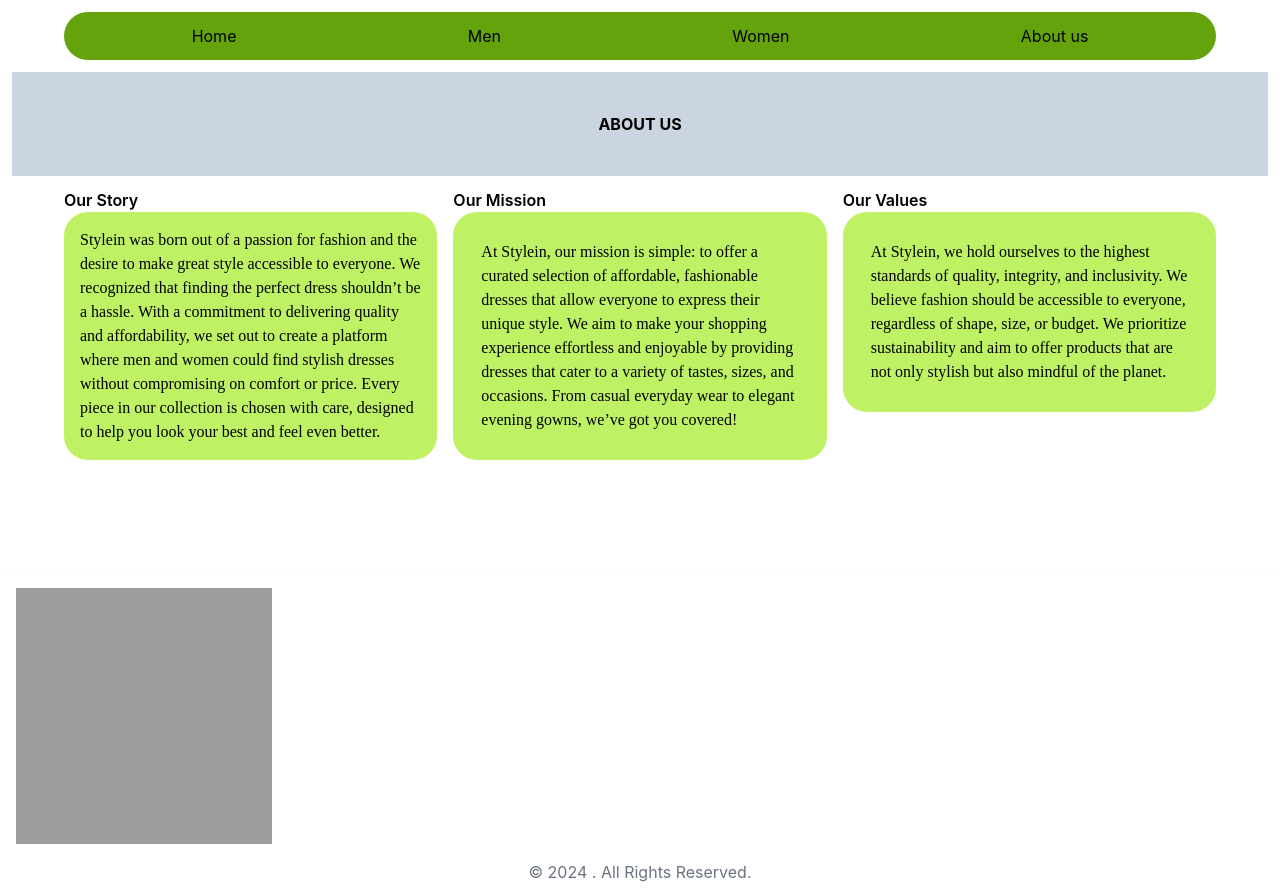
Repository: Mohankkanth/StyleIn_ShoppingSite
Page: /AboutUs
These files come from the project's save history. The page is drawn as it stood at one moment and after a run of saves; the edit follows.
The browser window is 1280 px wide. The pictures show the whole page.
Pictures or frames that could not be fetched are drawn as grey boxes. The project was rebuilt for these pictures with package versions that can differ from the ones it lists, and the page was loaded fresh each time. Also part of the build but not shown: vite.config.js, src/component/Home/Home.jsx, src/component/api/MenProducts.jsx, src/component/Men/Men.jsx, src/component/Women/Women.jsx, src/component/api/KidsProducts.jsx, src/component/Kids/Kids.jsx, src/component/Errorpage/Errorpage.jsx and 18 more.

Above is the page before, as saved 2024-11-23 14:02:47.

### index.html
<!doctype html>
<html lang="en">

<head>
  <meta charset="UTF-8" />
  <meta name="viewport" content="width=device-width, initial-scale=1.0" />


  <link href="https://fonts.googleapis.com/css2?family=Montserrat:wght@400;700&display=swap" rel="stylesheet" />

  <title>Vite + React</title>



</head>

<body>
  <div id="root"></div>
  <script type="module" src="/src/index.jsx"></script>
</body>

</html>

### src/index.jsx
import ReactDOM from "react-dom";
import { createBrowserRouter, RouterProvider, Outlet } from "react-router-dom";
import Home from "./component/Home/Home";
import Men from "./component/Men/Men";
// import MenProducts from "./component/api/MenProducts";
import Women from "./component/Women/Women";
import Kids from "./component/Kids/Kids";
import Header from "./component/Header/Header";
import Footer from "./component/Footer/Footer";
import "./style.css";
import Errorpage from "./component/ErrorPage/Errorpage";
import Shirt from "./component/Men/Shirt";
import T_Shirt from "./component/Men/T_Shirt";
import Pant from "./component/Men/pant";
import Shorts from "./component/Men/Shorts";
import Boys from "./component/Kids/Boys/Boys";
import Girls from "./component/Kids/Girls/Girls";
import Kurtas from "./component/Women/kurtas";
import Sarees from "./component/Women/Saree";
import Leggin from "./component/Women/Leggin";
import Dupattas from "./component/Women/Dupattas";
import AboutUs from "./component/AboutUs/Aboutus";

const AppLayout = () => {
  return (
    <>
      <Header />
      <Outlet />
      <Footer />
    </>
  );
};

// Router Configuration
const Router = createBrowserRouter([
  {
    path: "/",
    element: <AppLayout />,
    children: [
      {
        path: "/",
        element: <Home />,
      },
      {
        path: "/Home",
        element: <Home />,
      },

      {
        path: "/Men",
        element: <Men />,
      },
      {
        path: "/Women",
        element: <Women/>,
      },
      {
        path: "/Kids",
        element: <Kids />,
      },
      {
        path:"/Shirt",
        element:<Shirt/>,
      },
      {
        path:"/T-Shirt",
        element:<T_Shirt/>,
      },
      {
        path:"/Pant",
        element:<Pant/>,
      },
      {
        path:"/Shorts",
        element:<Shorts/>,
      },
      {
        path:"/KidsBoys",
        element:<Boys/>,
      },
      {
        path:"/KidsGirls",
        element:<Girls/>,
      },

      {
        path:"/Kurtas",
        element:<Kurtas/>,
      },
      {
        path:"/Sarees",
        element:<Sarees/>,
      },
      {
        path:"/Leggins",
        element:<Leggin/>
      },
      {
        path:"/Dupattas",
        element:<Dupattas/>
      },
      {
        path:"/AboutUs",
        element:<AboutUs/>
      }
    ],
    errorElement:<Errorpage/>
  },
]);

// Render the Router
const root = ReactDOM.createRoot(document.getElementById("root"));
root.render(<RouterProvider router={Router} />);

### src/component/Header/Header.jsx
import { Link } from "react-router-dom"

const Header = () => {
  return (
    <>

      <div className="2xl:container mx-auto">
        <div className="w-[90%] mx-auto grid-cols-1">
          <div>
            <ul className="flex justify-around p-3 rounded-3xl bg-lime-600 font-mono mt-3">
              <Link to="/Home">
                <li className="hover:cursor-pointer  hover:text-white">Home</li>
              </Link>
              <Link to="/Men">
                <li className="hover:cursor-pointer  hover:text-white">Men
                </li>

              </Link>
              <Link to="/Women">
                <li className="hover:cursor-pointer  hover:text-white">Women</li>
              </Link>
              {/* <Link to="/Kids">
                <li className="hover:cursor-pointer  hover:text-white">Kids</li>
              </Link> */}
              <Link to="/Aboutus">
              <li className="hover:cursor-pointer  hover:text-white">About us</li>
              </Link>
            </ul>
          </div>
        </div>
      </div>
    </>
  )
}


export default Header

### src/component/Footer/Footer.jsx
import { Link } from "react-router-dom"

const Footer = () => {
  return (
    <>
      <footer className="bg-white  shadow  dark:bg-[#333333] mt-28">
        <div className="w-full mx-auto max-w-screen-xl p-4 md:flex md:items-center md:justify-between">
          <div>
          <img src="https://ik.imagekit.io/Sample/E-Commerce/Logo/StyleIn_Logo-removebg-preview.png?updatedAt=1732345349547" alt="" className="h-64 w-64" />

          </div>

          <div className="text-white">
            <p className="font-bold font-[Raleway]">Address</p>
            <p>
              <p className="font-[Raleway]">Stylein Fashion Store </p>
              123 Fashion Street,<br />
              T. Nagar, Chennai,<br /> Tamil Nadu 600017,
              India</p>
          </div>
          <div className="text-white">
            <p className="font-bold font-[Raleway]">Contact</p>
            <p></p>
            <p className="hover:cursor-pointer">Mobile:&nbsp;9523148795</p>
            <p className="hover:cursor-pointer">Email:&nbsp;support@stylein.com</p>
          </div>

          <div className="text-white">
            <p className="font-bold font-[Raleway]">Customer Service Hours</p>
            <p>
              Monday to Friday: 9:00 AM - 6:00 PM <br />
              Saturday: 10:00 AM - 4:00 PM <br />
              Sunday: Closed</p>
          </div>



        </div>
        <div className="flex justify-center pb-3">
        <span className="text-base  text-gray-500 sm:text-center dark:text-gray-400">
            © 2024{" "}
            {/* <a href="https://flowbite.com/" className="hover:underline">
              Flowbite™ </a> */}
            . All Rights Reserved.
          </span>
          </div>
      </footer>

    </>
  )
}


export default Footer

### src/style.css
@tailwind base;
@tailwind components;
@tailwind utilities;



/*Hero section image starting */

.flip-in-hor-bottom {
	-webkit-animation: flip-in-hor-bottom 0.5s cubic-bezier(0.250, 0.460, 0.450, 0.940) both;
	        animation: flip-in-hor-bottom 2s cubic-bezier(0.250, 0.460, 0.450, 0.940) both;
}


/* ----------------------------------------------
 * Generated by Animista on 2024-11-2 22:17:44
 * Licensed under FreeBSD License.
 * See http://animista.net/license for more info.
 * w: http://animista.net, t: @cssanimista
 * ---------------------------------------------- */

/**
 * ----------------------------------------
 * animation flip-in-hor-bottom
 * ----------------------------------------
 */
 @-webkit-keyframes flip-in-hor-bottom {
    0% {
      -webkit-transform: rotateX(80deg);
              transform: rotateX(80deg);
      opacity: 0;
    }
    100% {
      -webkit-transform: rotateX(0);
              transform: rotateX(0);
      opacity: 1;
    }
  }
  @keyframes flip-in-hor-bottom {
    0% {
      -webkit-transform: rotateX(80deg);
              transform: rotateX(80deg);
      opacity: 0;
    }
    100% {
      -webkit-transform: rotateX(0);
              transform: rotateX(0);
      opacity: 1;
    }
  }

  /*Hero section image ending */




  .shake-horizontal {
	-webkit-animation: shake-horizontal 0.5s cubic-bezier(0.455, 0.030, 0.515, 0.955) both;
	        animation: shake-horizontal 30s cubic-bezier(0.455, 0.030, 0.515, 0.955) both;
}


/* ----------------------------------------------
 * Generated by Animista on 2024-11-2 22:48:21
 * Licensed under FreeBSD License.
 * See http://animista.net/license for more info.
 * w: http://animista.net, t: @cssanimista
 * ---------------------------------------------- */

/**
 * ----------------------------------------
 * animation shake-horizontal
 * ----------------------------------------
 */
 @-webkit-keyframes shake-horizontal {
    0%,
    100% {
      -webkit-transform: translateX(0);
              transform: translateX(0);
    }
    10%,
    30%,
    50%,
    70% {
      -webkit-transform: translateX(-10px);
              transform: translateX(-10px);
    }
    20%,
    40%,
    60% {
      -webkit-transform: translateX(10px);
              transform: translateX(10px);
    }
    80% {
      -webkit-transform: translateX(8px);
              transform: translateX(8px);
    }
    90% {
      -webkit-transform: translateX(-8px);
              transform: translateX(-8px);
    }
  }
  @keyframes shake-horizontal {
    0%,
    100% {
      -webkit-transform: translateX(0);
              transform: translateX(0);
    }
    10%,
    30%,
    50%,
    70% {
      -webkit-transform: translateX(-10px);
              transform: translateX(-10px);
    }
    20%,
    40%,
    60% {
      -webkit-transform: translateX(10px);
              transform: translateX(10px);
    }
    80% {
      -webkit-transform: translateX(8px);
              transform: translateX(8px);
    }
    90% {
      -webkit-transform: translateX(-8px);
              transform: translateX(-8px);
    }
  }

### src/component/AboutUs/Aboutus.jsx

import React from 'react';

const AboutUs = () => {
    return (
        <>
            <div className='2xl:container mx-auto'>
                <p className="font-bold bg-slate-300 text-center p-10 m-3">ABOUT US</p>

                <div className=" w-[90%]  mx-auto grid grid-cols-1 md:grid-cols-3 gap-4 ">

                    <div>
                        <p className='font-semibold text-justify '>Our Story</p>
                        <p className='bg-lime-300 p-4 rounded-3xl font-[Raleway]'>
                            Stylein was born out of a passion for fashion and the desire to make great style accessible to everyone. We recognized that finding the perfect dress shouldn’t be a hassle. With a commitment to delivering quality and affordability, we set out to create a platform where men and women could find stylish dresses without compromising on comfort or price. Every piece in our collection is chosen with care, designed to help you look your best and feel even better.</p>
                    </div>
                    <div>
                        <p className='font-semibold text-justify '>Our Mission</p>
                        <p className='bg-lime-300  rounded-3xl font-[Raleway] p-7'>At Stylein, our mission is simple: to offer a curated selection of affordable, fashionable dresses that allow everyone to express their unique style. We aim to make your shopping experience effortless and enjoyable by providing dresses that cater to a variety of tastes, sizes, and occasions. From casual everyday wear to elegant evening gowns, we’ve got you covered!</p>
                    </div>

                    <div>
                        <p className='font-semibold text-justify'>Our Values</p>
                        <p className='bg-lime-300  rounded-3xl font-[Raleway] p-7'>
                            At Stylein, we hold ourselves to the highest standards of quality, integrity, and inclusivity. We believe fashion should be accessible to everyone, regardless of shape, size, or budget. We prioritize sustainability and aim to offer products that are not only stylish but also mindful of the planet.</p>
                    </div>


                </div>
            </div>

        </>
    )
}
export default AboutUs

### tailwind.config.js
/** @type {import('tailwindcss').Config} */
export default {
  content: [
    "./index.html",
    "./src/**/*.{js,ts,jsx,tsx}",
  ],
  theme: {
    extend: {
      colors: {
        primary: {"50":"#eff6ff","100":"#dbeafe","200":"#bfdbfe","300":"#93c5fd","400":"#60a5fa","500":"#3b82f6","600":"#2563eb","700":"#1d4ed8","800":"#1e40af","900":"#1e3a8a","950":"#172554"}
      }
    },
    fontFamily: {
      'body': [
    'Inter',
    'ui-sans-serif',
    'system-ui',
    '-apple-system',
    'system-ui',
    'Segoe UI',
    'Roboto',
    'Helvetica Neue',
    'Arial',
    'Noto Sans',
    'sans-serif',
    'Apple Color Emoji',
    'Segoe UI Emoji',
    'Segoe UI Symbol',
    'Noto Color Emoji'
  ],
      'sans': [
    'Inter',
    'ui-sans-serif',
    'system-ui',
    '-apple-system',
    'system-ui',
    'Segoe UI',
    'Roboto',
    'Helvetica Neue',
    'Arial',
    'Noto Sans',
    'sans-serif',
    'Apple Color Emoji',
    'Segoe UI Emoji',
    'Segoe UI Symbol',
    'Noto Color Emoji'
  ]
    }
  },
  plugins: [],
}

After the next 2 saves:
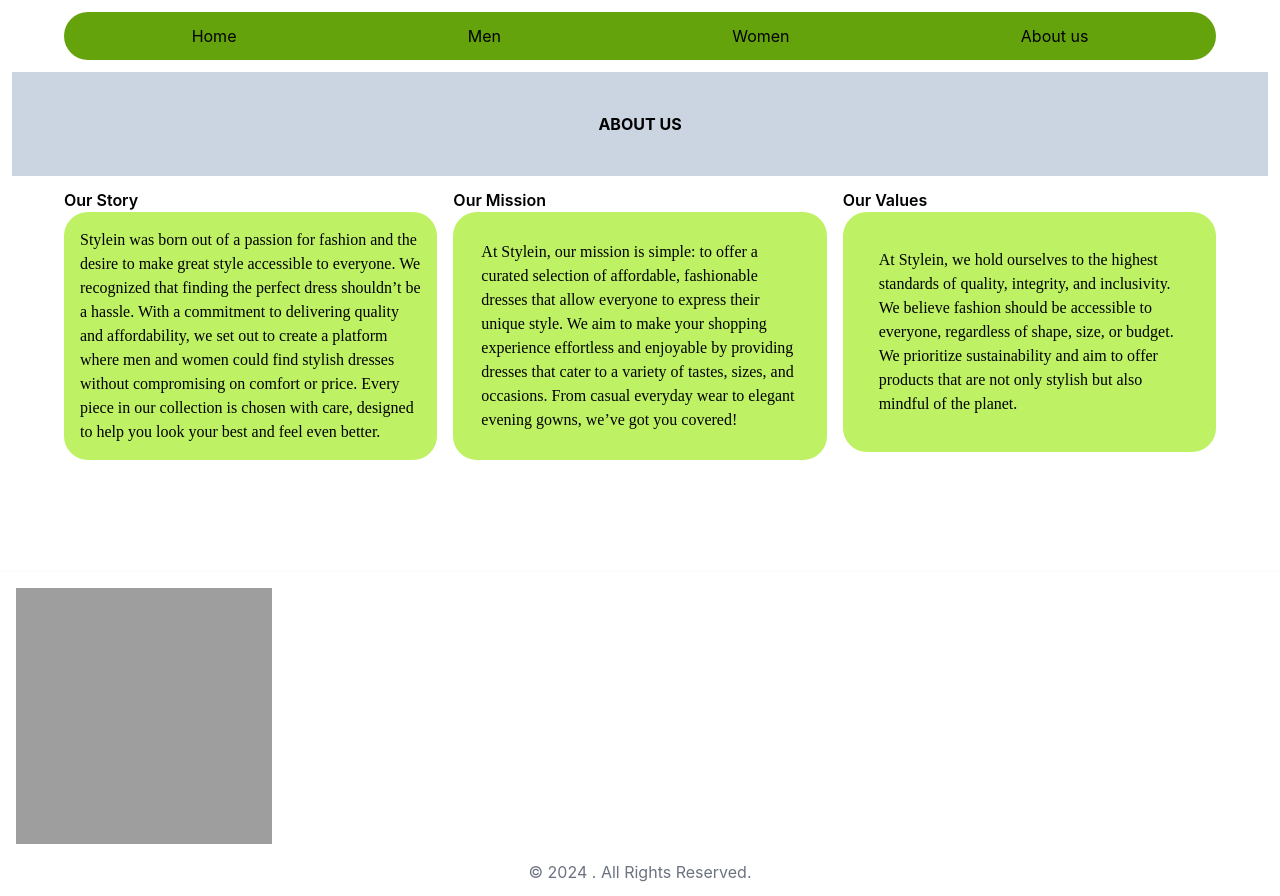
The 2 saves are shown as one change because they came seconds apart.
The last was saved 14 s later.
--- a/src/component/AboutUs/Aboutus.jsx
+++ b/src/component/AboutUs/Aboutus.jsx
@@ -21,7 +21,7 @@
 
                     <div>
                         <p className='font-semibold text-justify'>Our Values</p>
-                        <p className='bg-lime-300  rounded-3xl font-[Raleway] p-7'>
+                        <p className='bg-lime-300  rounded-3xl font-[Raleway] p-9'>
                             At Stylein, we hold ourselves to the highest standards of quality, integrity, and inclusivity. We believe fashion should be accessible to everyone, regardless of shape, size, or budget. We prioritize sustainability and aim to offer products that are not only stylish but also mindful of the planet.</p>
                     </div>
 
